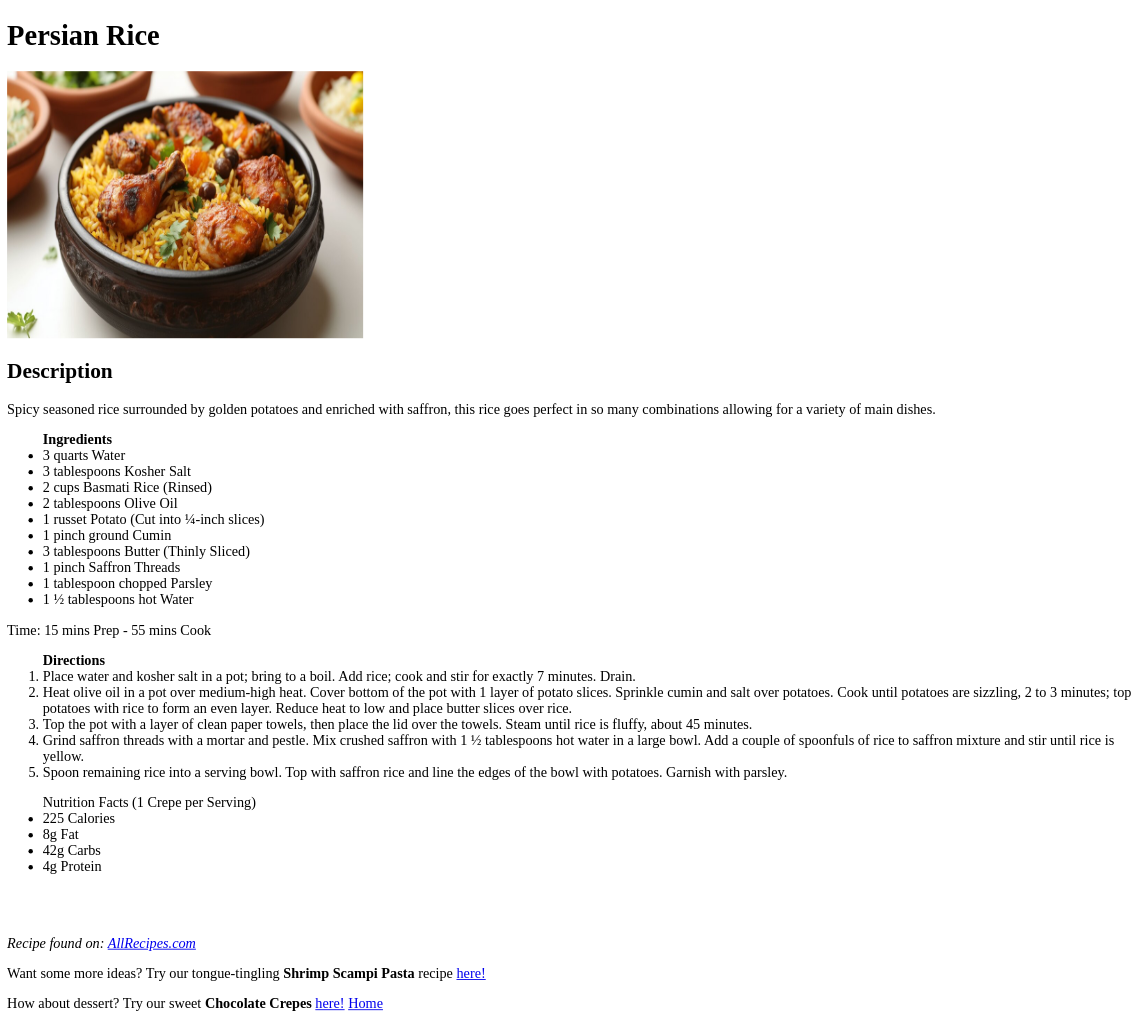
Repository: Mervens/odin-recipes
Page: recipes/persian-rice.html
These files come from the project's save history. The page is drawn as it stood at one moment and after the next save; the edit follows.
The browser window is 1280 px wide. The pictures show the whole page, at 89% of full size.

Above is the page before, as saved 2025-06-18 12:59:27.

### recipes/persian-rice.html
<!DOCTYPE html>

<html lang="en">

<head>
    <meta charset="UTF-8">
    <title>Persian Rice | Odin Recipes</title>
</head>

<body>
    <h1>Persian Rice</h1>

    <img src="../recipes/images/Persian Rice.jpg"
        alt="Photo of Basmati Rice Dish. Image found on CCNull.de - linked in ReadME." height=300 width=400>
    <h2>Description</h2>
    <p>Spicy seasoned rice surrounded by golden potatoes and enriched with saffron, this rice goes perfect in so many
        combinations allowing for a variety of main dishes.</p>
    <ul><strong>Ingredients</strong>
        <li>3 quarts Water</li>
        <li>3 tablespoons Kosher Salt</li>
        <li>2 cups Basmati Rice (Rinsed)</li>
        <li>2 tablespoons Olive Oil</li>
        <li>1 russet Potato (Cut into ¼-inch slices)</li>
        <li>1 pinch ground Cumin</li>
        <li>3 tablespoons Butter (Thinly Sliced)</li>
        <li>1 pinch Saffron Threads</li>
        <li>1 tablespoon chopped Parsley</li>
        <li>1 ½ tablespoons hot Water</li>
    </ul>
    <p>Time: 15 mins Prep - 55 mins Cook</p>
    <ol><strong>Directions</strong>
        <li>Place water and kosher salt in a pot; bring to a boil. Add rice; cook and stir for exactly 7 minutes. Drain.
        </li>
        <li>Heat olive oil in a pot over medium-high heat. Cover bottom of the pot with 1 layer of potato slices.
            Sprinkle cumin and salt over potatoes. Cook until potatoes are sizzling, 2 to 3 minutes; top potatoes with
            rice to form an even layer. Reduce heat to low and place butter slices over rice.
        </li>
        <li>Top the pot with a layer of clean paper towels, then place the lid over the towels. Steam until rice is
            fluffy, about 45 minutes.</li>
        <li>Grind saffron threads with a mortar and pestle. Mix crushed saffron with 1 ½ tablespoons hot water in a
            large bowl. Add a couple of spoonfuls of rice to saffron mixture and stir until rice is yellow.
        </li>
        <li>Spoon remaining rice into a serving bowl. Top with saffron rice and line the edges of the bowl with
            potatoes. Garnish with parsley.</li>
    </ol>
    <ul>
        Nutrition Facts (1 Crepe per Serving)
        <li>225 Calories</li>
        <li>8g Fat</li>
        <li>42g Carbs</li>
        <li>4g Protein</li>
    </ul>
    <br>
    <br>

    <p><em>Recipe found on:
            <a href="https://www.allrecipes.com/recipe/240606/persian-rice/" target="_blank"
                rel="noopener noreferrer">AllRecipes.com</em>
    </p>
    </a>
    <p>Want some more ideas? Try our tongue-tingling <strong>Shrimp Scampi Pasta </strong>recipe <a
            href="../recipes/pasta.html">here!</a>
    </p>
    <p>How about dessert? Try our sweet <strong>Chocolate Crepes </strong><a href="../recipes/crepe.html">here!</a>
        <a href="../index.html">Home</a>


</body>

</html>

After the next save:
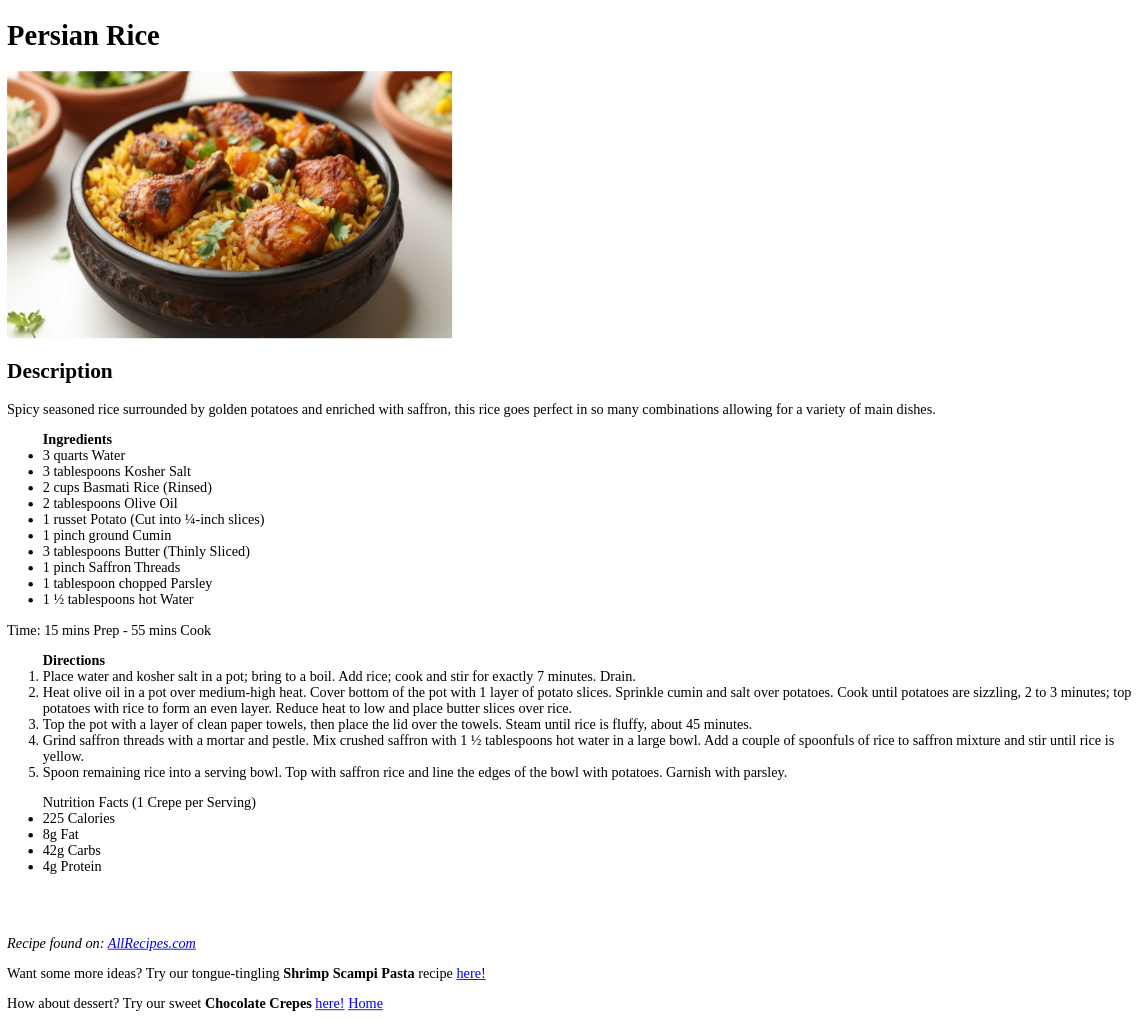
Saved 14 s later.
--- a/recipes/persian-rice.html
+++ b/recipes/persian-rice.html
@@ -11,7 +11,7 @@
     <h1>Persian Rice</h1>
 
     <img src="../recipes/images/Persian Rice.jpg"
-        alt="Photo of Basmati Rice Dish. Image found on CCNull.de - linked in ReadME." height=300 width=400>
+        alt="Photo of Basmati Rice Dish. Image found on CCNull.de - linked in ReadME." height=300 width=500>
     <h2>Description</h2>
     <p>Spicy seasoned rice surrounded by golden potatoes and enriched with saffron, this rice goes perfect in so many
         combinations allowing for a variety of main dishes.</p>
